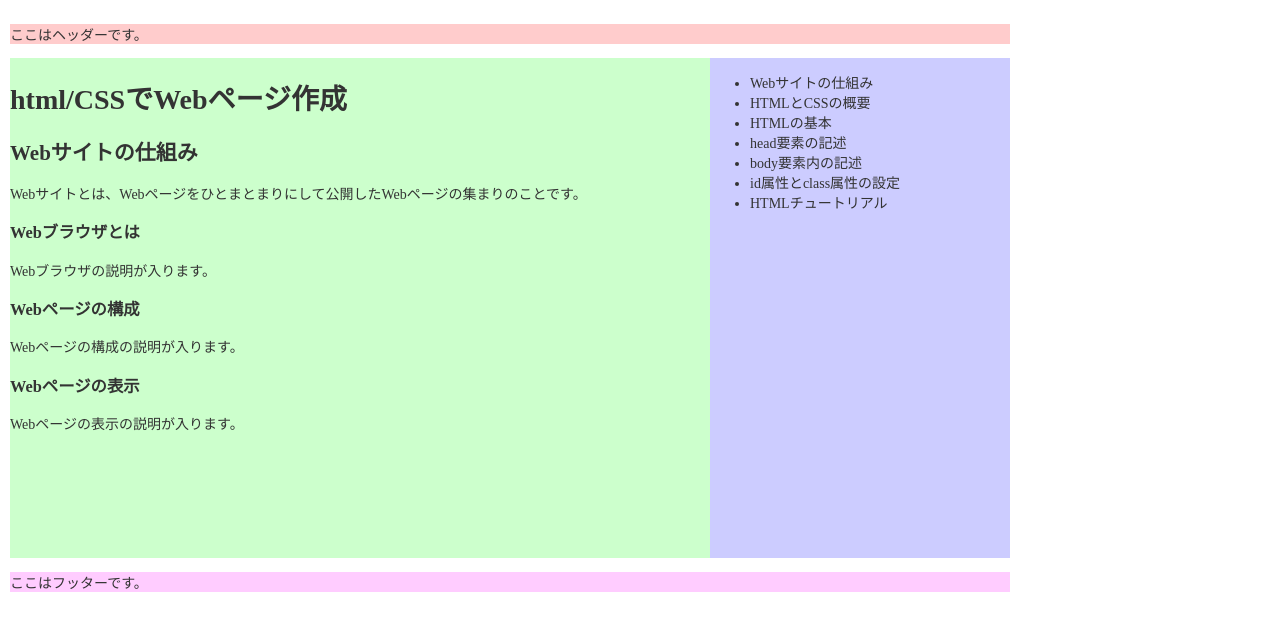
Repository: ichiro-fujii/kadai-commit
Page: lesson-htmlcss/kadai-html.html
The author's editor kept a record of every edit. The page is drawn from the files as they stood at one moment, then again after the next edit.
The browser window is 1280 px wide. The pictures show the whole page.

Above is the page before.

After the next edit:
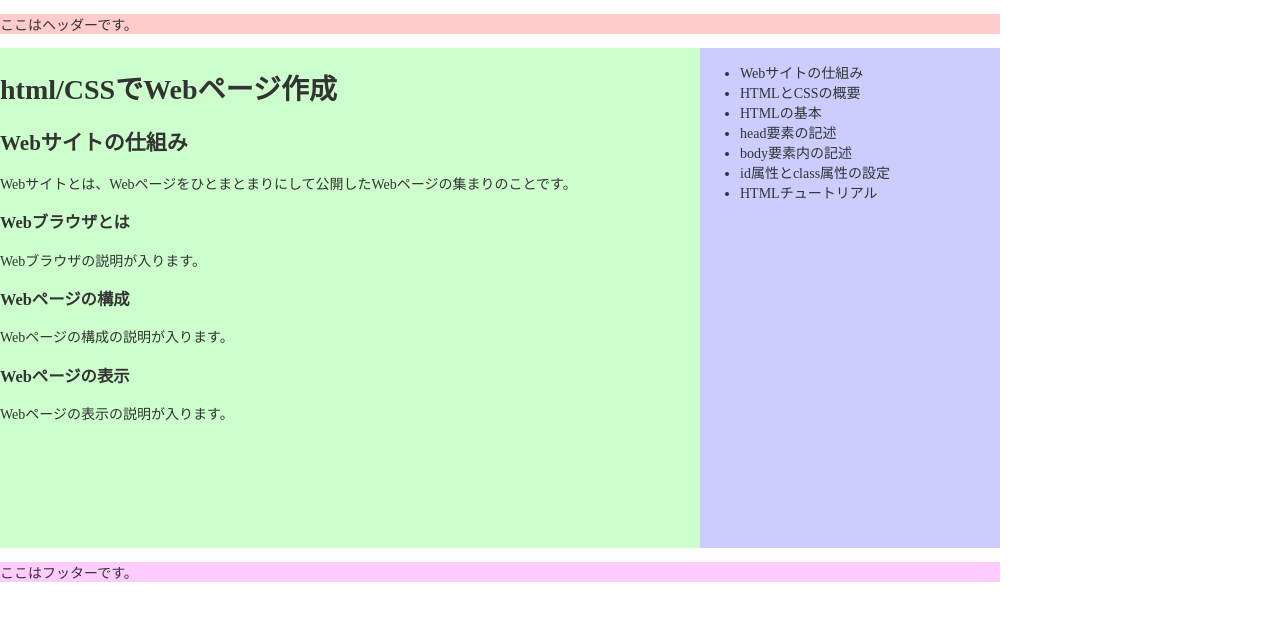
The edit:
--- a/lesson-htmlcss/kadai-css.css
+++ b/lesson-htmlcss/kadai-css.css
@@ -3,7 +3,7 @@
 body {
 
     margin: 0;
-    padding: 10px;
+    padding: 0;
     width: 1000px;
     height:600px;
     color: #333;
